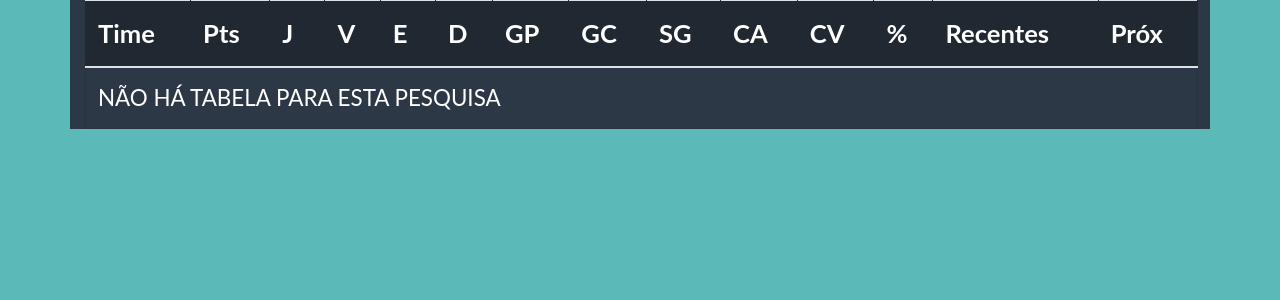
Repository: danielvieira7/campeonato-brasileiro-embed
Page: index.html
These files come from the project's save history. The page is drawn as it stood at one moment and after the next save; the edit follows.
The browser window is 1280 px wide. The pictures show the whole page.
The page's requests for data from a server got no answer. Some web libraries are served in a nearby version.

Above is the page before, as saved 2021-02-12 00:21:27.

After the next save:
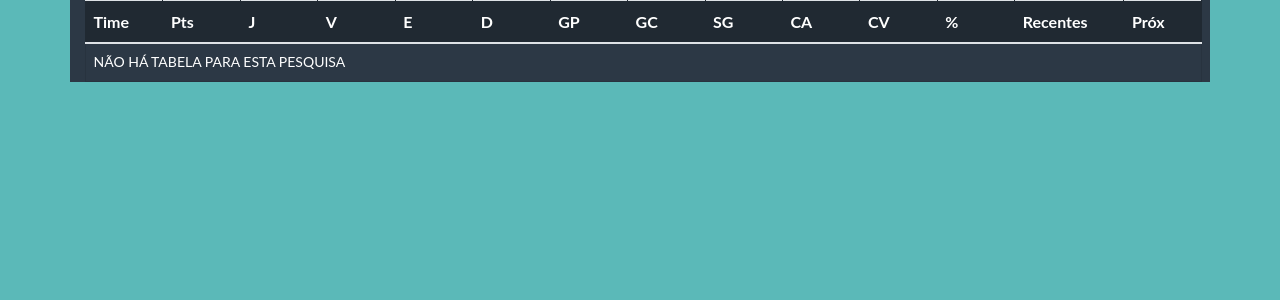
Saved 4 s later.
--- a/style-dark-theme.css
+++ b/style-dark-theme.css
@@ -9,6 +9,7 @@ html.open, body.open {
 }
 
 html {
+    font-size: 62.5%;
 }
 
 body {
